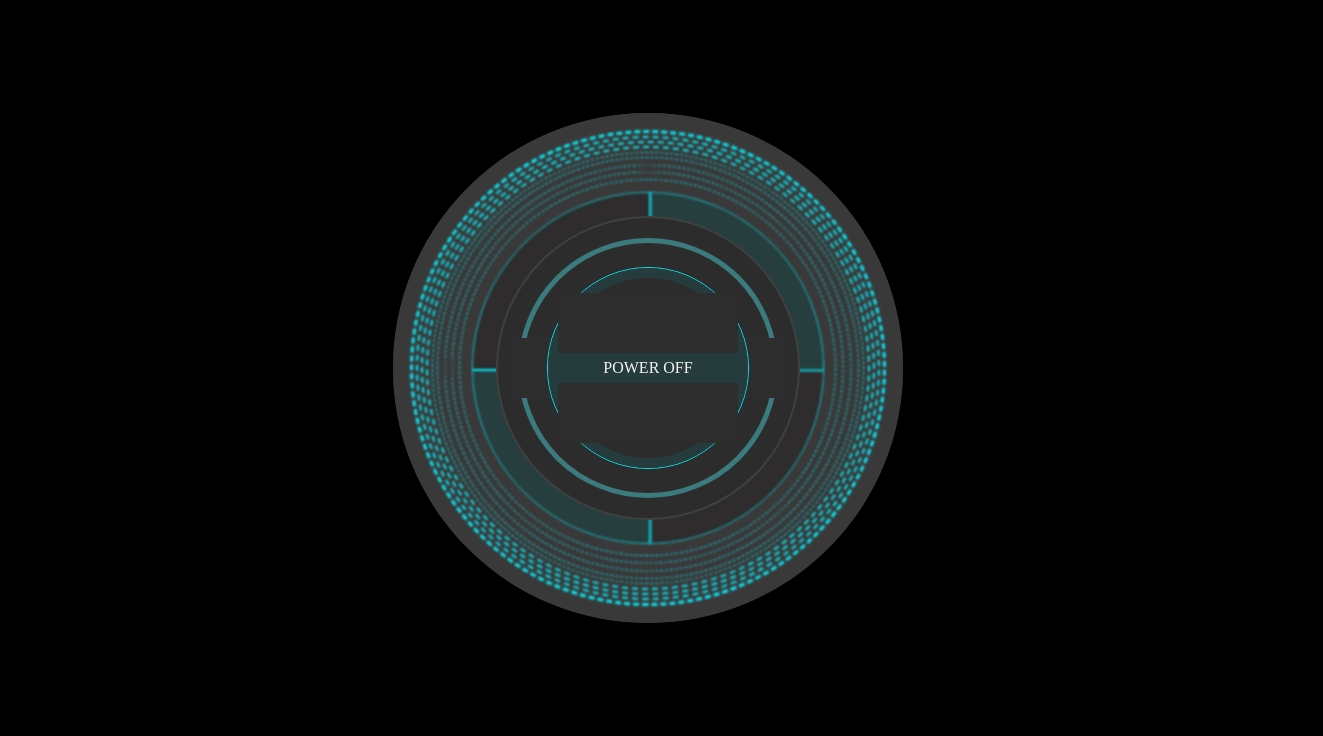
Repository: hsumyatm7308/Basecycle
Page: index.html
An editor plug-in stored every save of this project. The page is shown before and after the next save, followed by the edit.
The browser window is 1280 px wide. The page is 1323 px wide, so the pictures cover 1323 px, including what lies to the right of the window. The pictures show the whole page.
After loading, the first visible `div.left-bottom` was clicked once.

Above is the page before, as saved 2023-06-06 22:02:46.

After the next save:
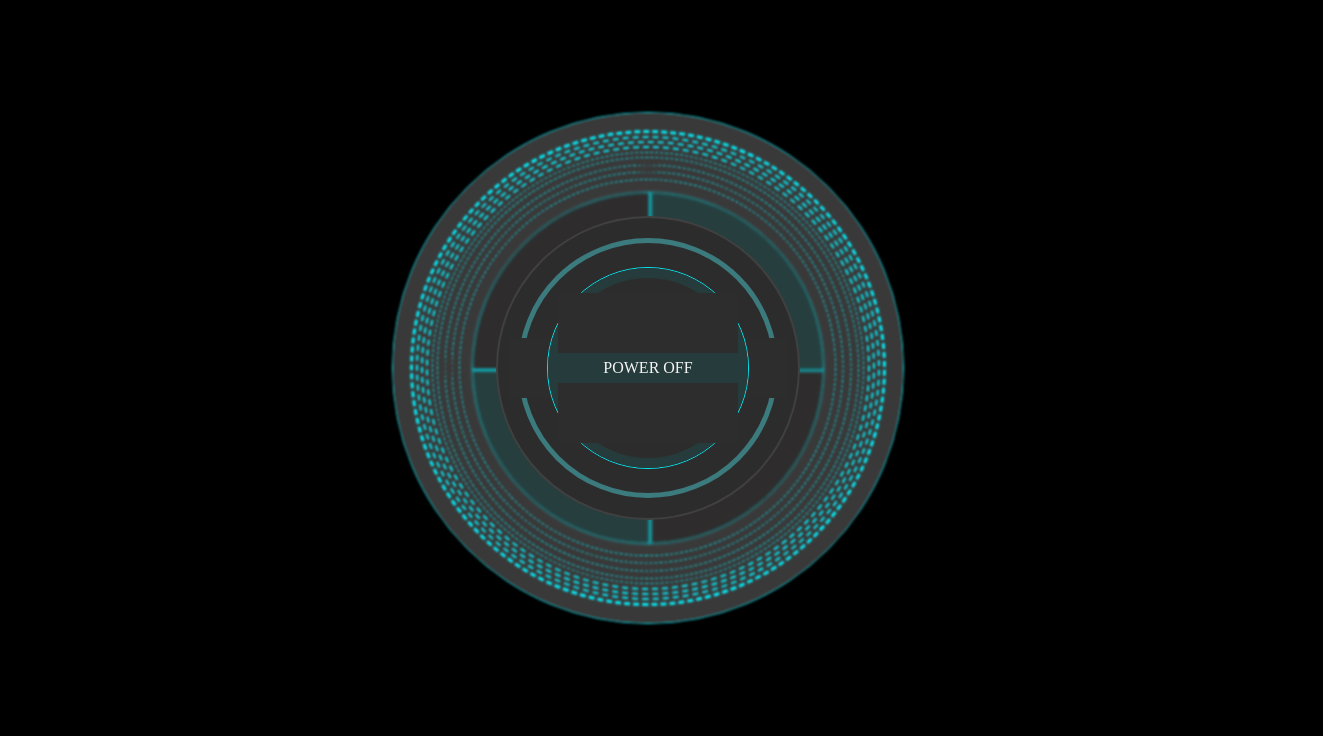
Saved 22 s later.
--- a/script.js
+++ b/script.js
@@ -157,6 +157,7 @@ $(document).ready(function () {
     $('.powerbtn').click(function(){
         $('.center').addClass('poweronoff');
         $('.textaligncenter,.clock-items').css('display','none');
+        $('.container').addClass('containerborder')
     })
 
 
